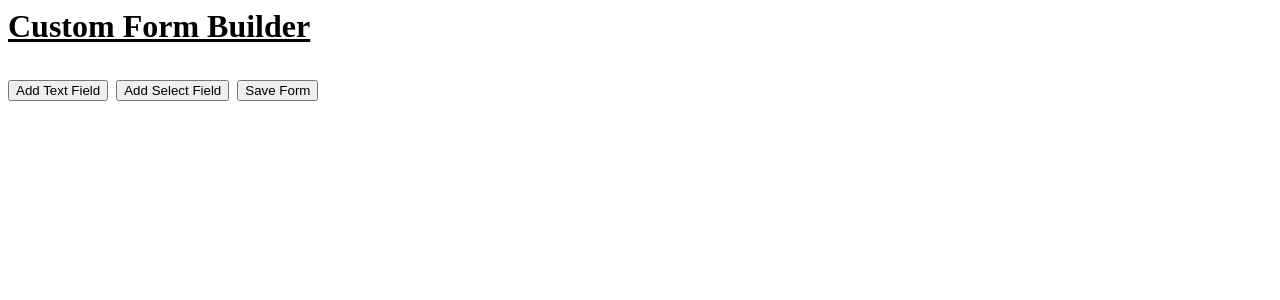
Repository: Antonis11/Demo-Task
Page: index.html
The author's editor kept a copy of each file at every save. The page is drawn from the files as they stood at one save, then again after the next save.
The browser window is 1280 px wide. The pictures show the whole page.

Above is the page before, as saved 2025-05-15 16:14:24.

After the next save:
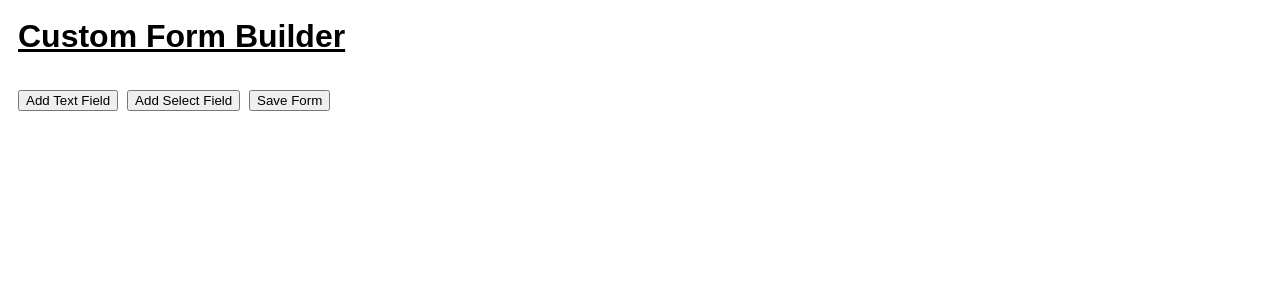
Saved 2 min 6 s later.
--- a/index.html
+++ b/index.html
@@ -2,6 +2,13 @@
     <head>
         <title>Dynamic Form Builder</title>
         <script src="https://code.jquery.com/jquery-3.6.0.min.js"></script>
+        <style>
+            body { font-family: Arial; padding: 10px; }
+            .field {padding: 5px}
+            .field input, .field select { margin-right: 5px; }
+            table, th, td { border: 1px solid black; border-collapse: collapse; padding: 5px; }
+            th { background-color: #f0f0f0; }
+        </style>
     </head>
     <body>
         <h1><u>Custom Form Builder</u><h1>
